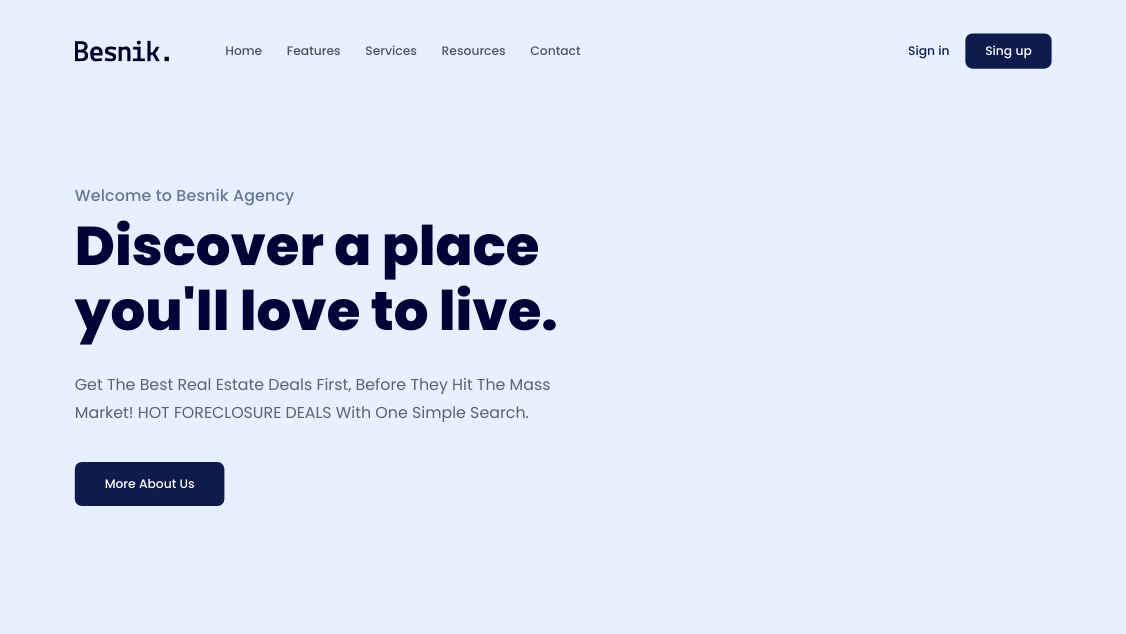
Repository: anhtien111198/f8-htmlcss-01
Page: index.html
The author's editor kept a copy of each file at every save. The page is drawn from the files as they stood at one save, then again after the next save.
The browser window is 1280 px wide. The pictures show the whole page, at 88% of full size.

Above is the page before, as saved 2023-04-29 15:56:30.

After the next save:
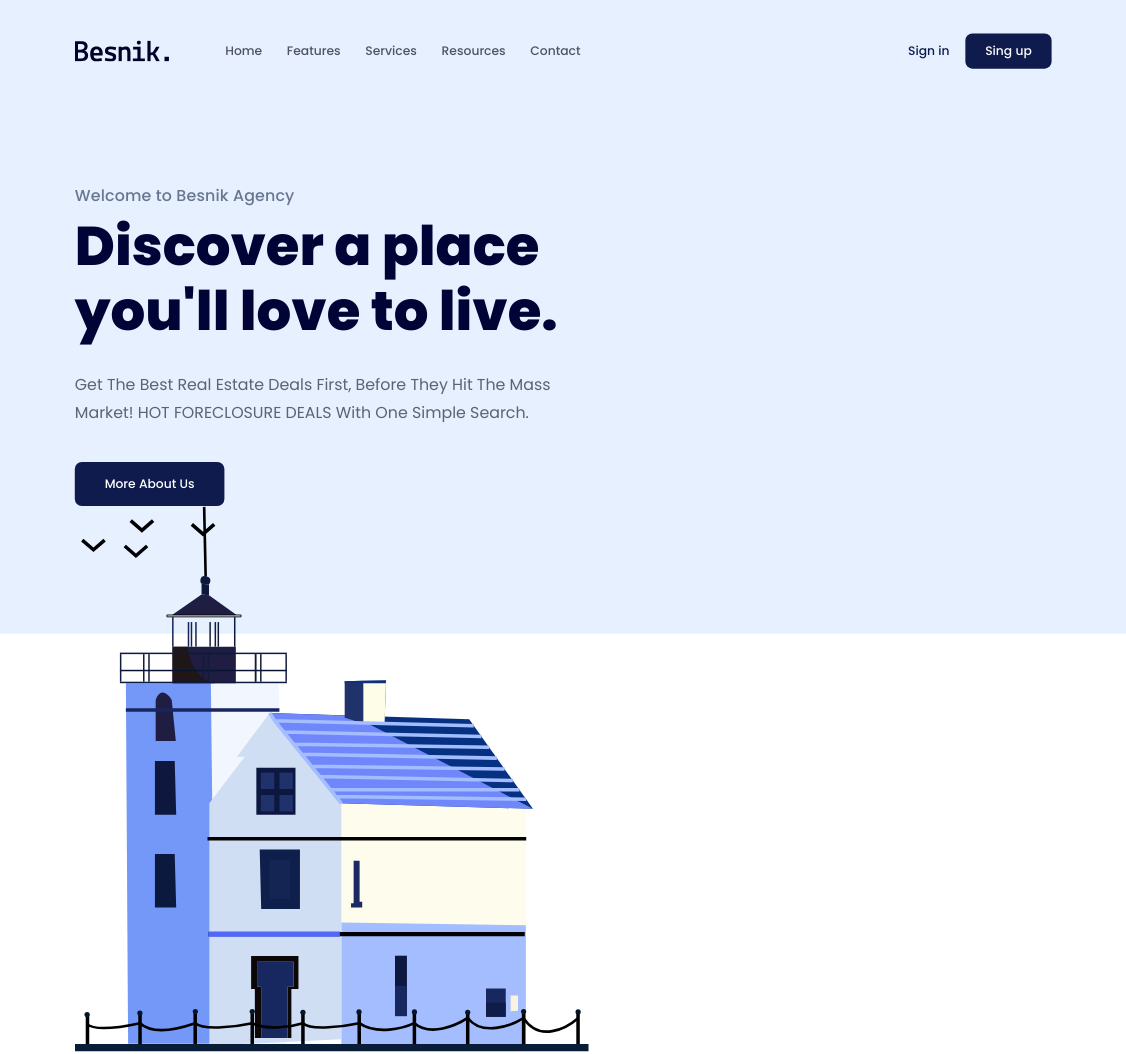
Saved 6 min 18 s later.
--- a/index.html
+++ b/index.html
@@ -54,6 +54,12 @@
                             </p>
                             <a href="#!" class="btn hero-cta">More About Us</a>
                         </div>
+
+                        <img
+                            src="./assets/img/house illustration.svg"
+                            alt="Discover a place you'll love to live."
+                            class="hero-img"
+                        />
                     </div>
                 </div>
             </header>
